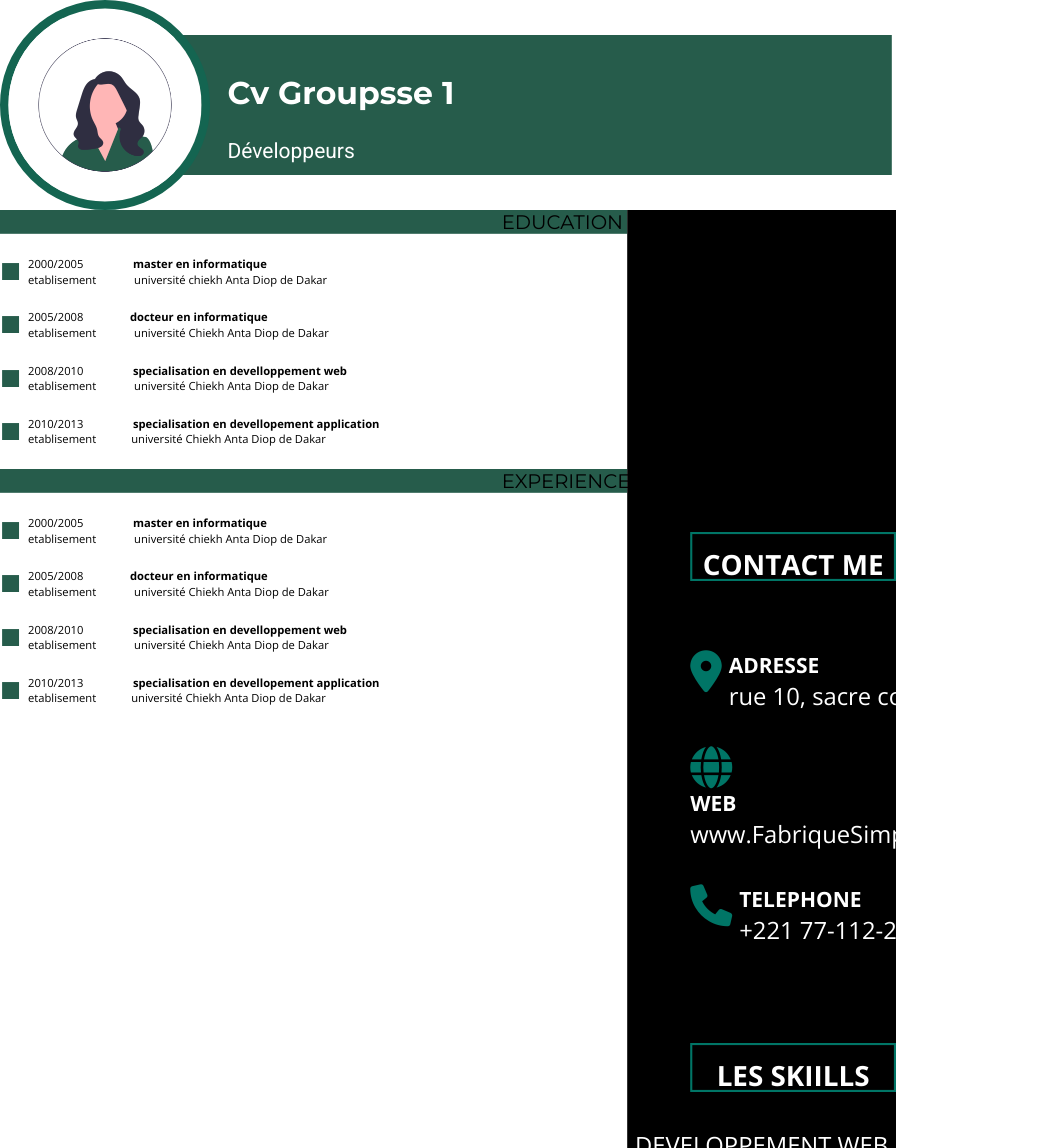
Repository: NdiongueFH/Mon_CV
Page: CV_Groupe1.html
The author's editor kept a copy of each file at every save. The page is drawn from the files as they stood at one save, then again after the next save.
The browser window is 1280 px wide. The page is 1487 px wide, so the pictures cover 1487 px, including what lies to the right of the window. The pictures show the part of the page from y = 0 to 1640 px (the page is 2562 px tall), at 70% of full size.

Above is the page before, as saved 2024-08-05 14:44:56.

### CV_Groupe1.html
<!DOCTYPE html>
<html lang="fr">
<head>
    <meta charset="UTF-8">
    <meta name="viewport" content="width=device-width, initial-scale=1.0">
    <!--Intégration de police d'écriture via un lien web-->
    <link href="https://fonts.googleapis.com/css2?family=Montserrat:wght@400;700&family=Open+Sans:wght@400;700&family=Roboto:wght@400;500&display=swap" rel="stylesheet">
    <!--Intégration de notre lien CSS-->
    <!--Intégration de police d'écriture via un lien web-->
    <link href="https://fonts.googleapis.com/css2?family=Montserrat:wght@400;700&family=Open+Sans:wght@400;700&family=Roboto:wght@400;500&display=swap" rel="stylesheet">
    <link rel="stylesheet" href="https://cdnjs.cloudflare.com/ajax/libs/font-awesome/6.0.0-beta3/css/all.min.css">
    <!--Intégration de notre lien CSS-->
    <link rel="stylesheet" href="CV_Groupe1.css">
    <title>MON CV</title>

</head>
<body>
    <!--section principale-->
    <section id="principal">

        <!--Début Partie Ndiawar-->

        <!--la partie profile de notre cv-->
        <section id="profile">
            <!--identité-->
            <div id="identite">
                <!--image-->
                <div class="image">

                    <img id="image_profil" src="./image/profil.png" alt="" sizes="30" srcset="">
                </div>
                <!--fin image-->
                <!--debut nom-->
                <div class="nom">
                    <h2 id="name_cv">Cv Groupsse 1</h2>
                    <span id="function">Développeurs</span>
                </div>
                <!--fin nom-->
            </div>
            <!--fin identité-->
        </section>
        <!--fin de la partie profile-->

        <!--Fin Partie Ndiawar Diop-->


        <!--le debut du corp de notre cv-->
        <section  id="renseignement">
            <!--corp -->
            <div id="corps">
                <!--debut blanc-->
                <div class="blanc">


                    <!--Début Partie Anta Maguette Faye-->


                    <!--education-->
                    <div class="edu_exp">
                        <!--titre education-->
                        <div class="titre_edu_exp">
                            EDUCATION
                        </div>
                        <!--fin titre education-->
                        <!--parti education-->
                        <div class="info_edu">
                            <ul id="carre">
                                <li>
                                    <p>
                                        2000/2005 &nbsp;&nbsp;&nbsp;<span class="espace"> <strong>master en informatique</strong> </span><br>
                                        etablisement <span class="espace"> université chiekh Anta Diop de Dakar  </span><br>
                                    </p>
                                </li>
                                <li>
                                    <p>
                                        2005/2008  &nbsp;&nbsp;&nbsp;<span class="espace"><strong>docteur en informatique </strong> </span><br>
                                        etablisement <span class="espace"> université Chiekh Anta Diop de Dakar</span>
                                    </p>
                                </li>
                                <li>
                                    <p>
                                        2008/2010 &nbsp;&nbsp;&nbsp;<span class="espace"> <strong>specialisation en develloppement web </strong>  </span><br>
                                        etablisement <span class="espace">université Chiekh Anta Diop de Dakar</span>
                                    </p>
                                </li>
                                <li>
                                    <p>
                                        2010/2013 &nbsp;&nbsp;&nbsp;<span class="espace"> <strong>specialisation en devellopement application</strong></span>  <br>
                                        etablisement<span class="espace">université Chiekh Anta Diop de Dakar</span>
                                    </p>

                                </li>
                            </ul>
                        </div>
                        <!--fin parti education-->
                    </div>
                    <!--fin education-->


                    <!--Fin Partie Anta Maguette Faye-->

                    <!--Début Partie Fatoumata Hawa Ndiongue-->

                    <!--experience-->
                    <div class="edu_exp" >
                        <!--titre experience-->
                        <div class="titre_edu_exp">
                            EXPERIENCE
                        </div>
                        <!--fin titre experience-->
                        <!--parti experience-->
                            <div class="info_edu">
                                <ul id="carre">
                                    <li>
                                        <p>
                                            2000/2005 &nbsp;&nbsp;&nbsp;<span class="espace"> <strong>master en informatique</strong> </span><br>
                                            etablisement <span class="espace"> université chiekh Anta Diop de Dakar  </span><br>
                                        </p>
                                    </li>
                                    <li>
                                        <p>
                                            2005/2008  &nbsp;&nbsp;&nbsp;<span class="espace"><strong>docteur en informatique </strong> </span><br>
                                            etablisement <span class="espace"> université Chiekh Anta Diop de Dakar</span>
                                        </p>
                                    </li>
                                    <li>
                                        <p>
                                            2008/2010 &nbsp;&nbsp;&nbsp;<span class="espace"> <strong>specialisation en develloppement web </strong>  </span><br>
                                            etablisement <span class="espace">université Chiekh Anta Diop de Dakar</span>
                                        </p>
                                    </li>
                                    <li>
                                        <p>
                                            2010/2013 &nbsp;&nbsp;&nbsp;<span class="espace"> <strong>specialisation en devellopement application</strong></span>  <br>
                                            etablisement<span class="espace">université Chiekh Anta Diop de Dakar</span>
                                        </p>

                                    </li>
                                </ul>
                            </div>
                        <!--fin parti experience-->
                    </div>
                    <!--fin experience-->

                    <!--Début Footer-->
                    <div id="footer">

                    </div>
                    <!--Fin Footer-->

                    <!--Fin Partie Fatoumata Hawa Ndiongue-->

                </div>
                <!--fin blanc-->

                <!--Début Moustapha Dieng-->


                <!--debut noir-->
                <div class="noir">
                    <!--contact-->
                    <div class="contact">
                        <!--titre contact-->
                        <div class="titre_contact_skill">
                            <h1>CONTACT ME</h1>
                        <!--fin titre contact-->
                        <!-- donnee contact-->
                        <div class="donnees_contact">
                            <div class="info_contact">
                                <i class="fas fa-map-marker-alt"></i>
                                <div>
                                    <strong>ADRESSE</strong><br>
                                    rue 10, sacre coeur
                                </div>
                            </div>
                            <div class="info_contact">
                                <i class="fas fa-globe"></i>
                                <div>
                                    <strong>WEB</strong><br>
                                    www.FabriqueSimplon.co
                                </div>
                            </div>
                            <div class="info_contact">
                                <i class="fas fa-phone"></i>
                                <div>
                                    <strong>TELEPHONE</strong><br>
                                    +221 77-112-22-15

                                </div>
                            </div>

                        </div>
                        <!--fin donnee contact-->
                    </div>
                    <!--fin contact-->
                    <!--skill-->
                    <div class="skill">
                        <!--titre skill-->
                        <div class="titre_contact_skill2">
                            <h1> LES  SKIILLS</h1>
                        </div>
                        <!--fin titre skill-->
                        <!--donné skill-->
                        <div class="donnees_skill">DEVELOPPEMENT WEB</div>
                            <div class="bar-container">
                            <div class="bar"></div>
                        </div>
                        <div class="donnees_skill">PHOTOSHOP</div>
                            <div class="bar-container">
                            <div class="bar1"></div>
                        </div>
                        <div class="donnees_skill">SOFT SKILLS</div>
                            <div class="bar-container">
                            <div class="bar2"></div>
                        </div>
                        <div class="donnees_skill">DESIGN</div>
                            <div class="bar-container">
                            <div class="bar3"></div>
                        </div>
                        <!--fin donné skill-->
                    </div>
                    <!--fin skill-->
                    <!--resaux socio-->
                    <div id="resaux">
                        <div class="rs-container">
                            <div class="rs"></div>
                        </div>
                        <div class="social-icons">
                            <i class="fab fa-facebook-f"></i>
                            <i class="fab fa-instagram"></i>
                            <i class="fab fa-twitter"></i>
                        </div>
                    </div>
                    <!--fin resaux socio-->
                </div>
                <!--fin noir-->

                <!--Fin Moustapha Dieng-->


            </div>
            <!--fin corp-->

        </section>
        <!--la fin du corp de notre cv-->
    </section>
    <!--Fin section principale-->

</body>
</html>

### CV_Groupe1.css
/*Le pseudo-élément `:root` en CSS permet de définir des variables globales pour un document,
représentant l'élément `<html>`. Utilisé pour centraliser la gestion des styles comme
les couleurs et les polices, il facilite la maintenance du CSS en rendant
les valeurs facilement réutilisables et modifiables dans toute la feuille de style.*/

:root {
    /* Définition des couleurs de base */
    --teal-1: #265C4B; /* Teal foncé */
    --teal-2: #146551; /* Teal moyen foncé */
    --teal-3: #007566; /* Teal vif */
    --teal-4: #589A8D; /* Teal clair */
    --teal-5: #f3e675; /* Blanc très clair */
    --Noir-6: #000000; /*Noir*/
    --Blanc-7: #ffffff; /*Blanc*/

    /* Utilisation des couleurs pour différents éléments */

    --color-title: var(--teal-1); /* Couleur pour les titres */
    --color-subtitle: var(--teal-3); /* Couleur pour les sous-titres */
    --color-paragraph: var(--teal-2); /* Couleur pour les paragraphes */
    --color-border: var(--teal-4); /* Couleur pour les bordures */
    --color-backgroundFoncé: var(--teal-1); /*Couleur de fond foncée*/
    --color-paragraph: var(--teal-4); /* Couleur pour les paragraphes */
    --color-border: var(--teal-2); /* Couleur pour les bordures */
    --color-background: var(--teal-5); /* Couleur de fond général */
    --color-text: var(--Noir-6); /*Couleur pour le texte de fond*/
    --color-white: var(--Blanc-7); /*Couleur blanche pour les texte de fon d'une balise"*/
}

/*Intégration de nos polices d'écritures générales pour notre texte, titre et les sous-titres*/
:root {
    /* Polices */
    --font-title: 'Montserrat', sans-serif;
    --font-text: 'Open Sans', sans-serif;
    --font-subtitle: 'Roboto', sans-serif;

    /* Taille de police standard et poids */
    --font-size-normal: 16px; /* Taille de police standard pour le texte */
    --font-size-title: 28px; /* Taille de police pour les grands titres */
    --font-size-subtitle: 20px; /* Taille de police pour les sous-titres */
    --font-weight-normal: 400; /* Poids normal de la police */
    --font-weight-bold: 700; /* Poids en gras */
    /*Pour le profil la taile du nom et du sous-titre*/
    --font-size-titleProfil: 45px;
    --font-size-subtitleProfil: 30px;
}

/*Initialisation de notre body pour supprimer les marges et choix du type de police pour notre site*/


/*Initialisation de notre body pour supprimer les marges et choix du type de police pour notre site*/
* {
  box-sizing: border-box;
}

body {
    margin: 0;
    padding: 0;
    color: var(--color-text);
    font-family: var(--font-text);
    font-size: var(--font-size-normal);
    font-weight: var(--font-weight-normal);
    overflow-x: hidden;
}

/*Partie Ndiawar Diop*/
    /*Début partie profil de Mon_CV*/

/*Div Identité*/
#identite {
    display: flex;
    align-items: center; /* Pour aligner verticalement les éléments à l'intérieur */
    background: none;
}
/*Image*/
.image {
    border: 12px solid var(--color-border);
    width: 300px;  /* Assurez-vous que le conteneur est carré */
    height: 300px;
    border-radius: 50%;  /* Rend l'image ronde */
    overflow: hidden;  /* Cache les parties de l'image qui débordent */
    z-index: 2; /* Nous Plaçons l'image au-dessus de .nom */
    position: relative; /* Nécessaire pour appliquer z-index */
}

#image_profil {
    width: 100%;
    height: 100%;
    object-fit: contain;  /* Garantit que l'image couvre tout l'espace sans déformation */
}
/*Le nom du profil*/
.nom {
    background-color: var(--color-backgroundFoncé);
    width: 80%;
    height: 200px; /* Aligner la hauteur avec celle de l'image */
    display: flex;
    color: var(--color-white);
    flex-direction: column;
    justify-content: center;
    text-align: left;
    padding: 0 20px 0 75px;
    margin-left: -50px; /* Ajustement pour le chevauchement */
    z-index: 1; /* S'assurer que .nom se superpose à .image */
    position: relative;
}
#name_cv{
    font-family: var(--font-title);
    font-size: var(--font-size-titleProfil);
    font-weight: var(--font-weight-bold);
}
#function {
    font-family: var(--font-subtitle);
    font-size: var(--font-size-subtitleProfil);
    font-weight: var(--font-weight-normal);
}
    /*Fin Partie profil de Mon_Cv*/
/*Fin Partie Ndiawar Diop*/

/*titre de l'ducation education*/
.titre_edu_exp{

font-size: var(--font-size-title);
font-family: var(--font-title);
background-color: var(--color-title);
width: 100%;
text-indent: 80%;


}
/*partie education*/
.info_edu{
font-size: var(--font-size-normal);
font-family: var(--font-text);
color: var(--color-text);

}
/*l espace entre les deux bloc d'information*/
.espace{

margin-left: 50px;
/*text-align:initial;*/
}
/*creation de carree avant les ecriture*/
#carre li{

    display: flex;
    position: relative;
}

 #carre li::before{
   content:"■";
   font-size: 50px;
   color: var(--color-title);
   position: absolute;
   margin-left: -40px;
}

/*#principal {
    display: flex;
    background-color: white;
    width: 1600px;
    height: 2400px;
    margin: 0;
}*/
#corps {
    display: flex;
    width: 100%;
}
.blanc {
    width: 70%;
    height: auto;
}
.noir {
   /* display: flex;*/
    width: 30%;
    height: auto;
    background-color: #000000;
    color: white;
   /* padding: 100px 0 0px 0px;*/
    /*margin: 0px 0px 0px 1300px;*/
}

.titre_contact_skill{
    display: flex;
    flex-wrap: wrap;
    font-size: 34px;
    margin-left: 90px;
    padding-top: 0px;
    margin-top: 420px;

}
.titre_contact_skill2{
    display: flex;
    flex-wrap: wrap;
    font-size: 34px;
    margin-left: 90px;
    padding-top: 0px;
    margin-top: 100px;

}
h1{
    border: #007566 solid;
    width: 500px;
    height: 70px;
    text-align: center;
    justify-content: center;
    align-items: center;
    padding-top: 15px;

}

.donnees_contact {
    display: flex;
    flex-wrap: wrap;
    flex-direction: column;
    gap: 10px;
    padding-top: 20px;
}

.info_contact {
    display: flex;
    flex-wrap: wrap;
    align-items: flex-start;
    font-size: 34px;
    color: #ffffff;
    margin-top: 40px;
}

.info_contact i {
    color: #007566;
    font-size: 60px;
    margin-right: 10px;
}

.info_contact div {
    display: flex;
    flex-direction: column;
}

.info_contact strong {
    font-size: 30px;
}

.info_contact br {
    display: none;
}
.bar-container {
    width: 500px;
    background-color: black;
    border: 1px solid #007566;
    border-radius: 5px;
    margin-left: 90px;
}

.bar {
    width: 400px;
    height: 30px;
    background-color: #007566;
}
.bar1 {
    width: 200px;
    height: 30px;
    background-color: #007566;
}
.bar2 {
    width: 410px;
    height: 30px;
    background-color: #007566;
}
.bar3 {
    width: 460px;
    height: 30px;
    background-color: #007566;
}
.donnees_skill{
    justify-content: center;
    align-items: center;
    text-align: center;
    font-size: 34px;
    margin-top: 12px;
}
.rs-container {
    width: 500px;
    background-color: black;
    border: 1px solid #fcfdfd;
    border-radius: 5px;
    margin-left: 90px;
}
.rs {
    width: 500px;
    height: 8px;
    background-color: #fbfdfd;
}
#resaux{
    margin-top: 400px;
}
.social-icons {
    margin-top: 20px;
padding-left: 140px;
padding-top: 20px;
}


.social-icons i {
    justify-content: center;
    align-items: center;
    font-size: 74px;
    border: 1px #ffffff solid;
    border-radius: 5px;
    color: #000000;
    background-color: #ffffff;
    margin-left: 50px;
}

After the next save:
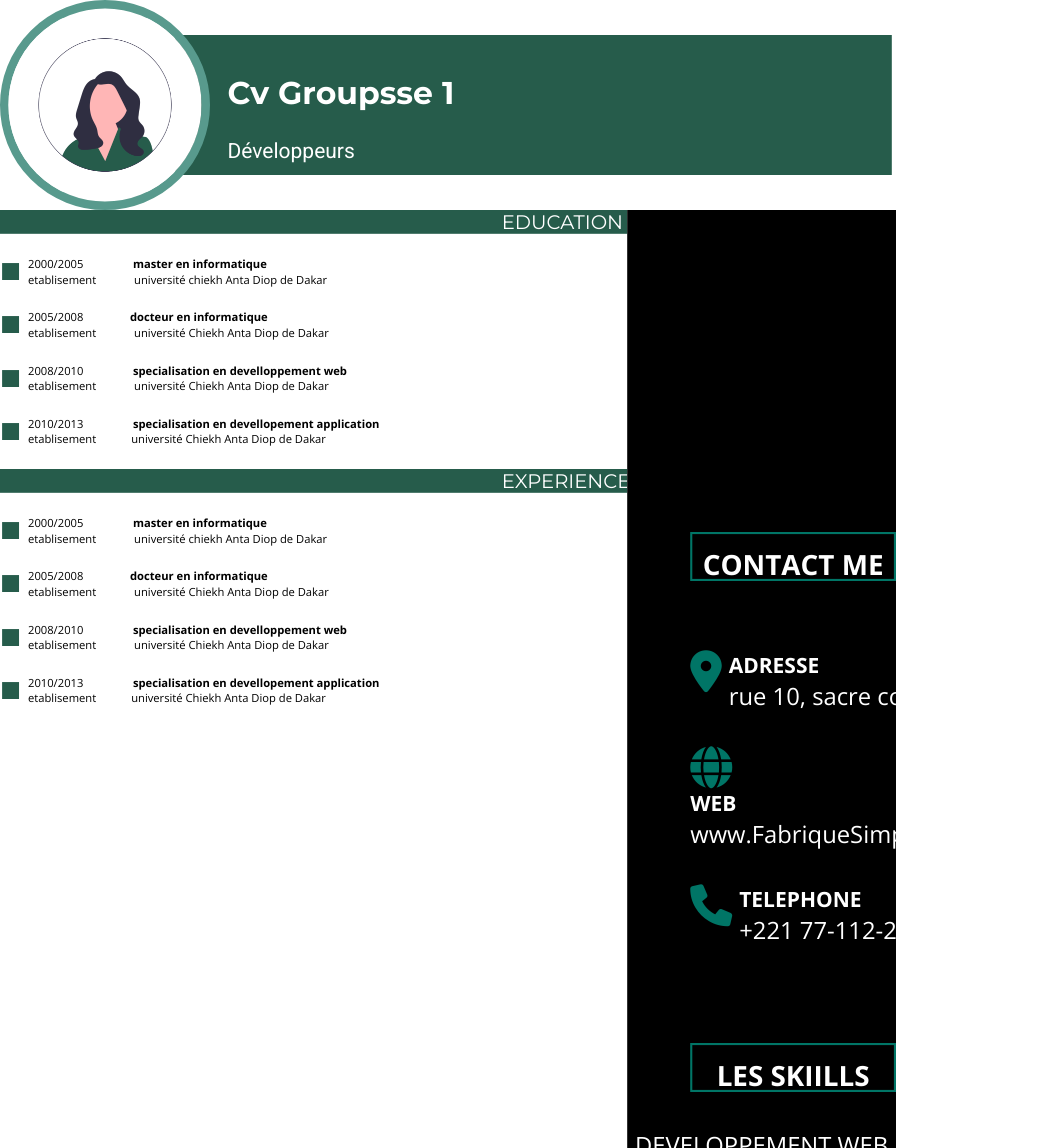
Saved 3 min 1 s later.
--- a/CV_Groupe1.css
+++ b/CV_Groupe1.css
@@ -2,6 +2,7 @@
 représentant l'élément `<html>`. Utilisé pour centraliser la gestion des styles comme
 les couleurs et les polices, il facilite la maintenance du CSS en rendant
 les valeurs facilement réutilisables et modifiables dans toute la feuille de style.*/
+
 
 :root {
     /* Définition des couleurs de base */
@@ -9,7 +10,7 @@ les valeurs facilement réutilisables et modifiables dans toute la feuille de st
     --teal-2: #146551; /* Teal moyen foncé */
     --teal-3: #007566; /* Teal vif */
     --teal-4: #589A8D; /* Teal clair */
-    --teal-5: #f3e675; /* Blanc très clair */
+    --teal-5: #fff; /* Blanc très clair */
     --Noir-6: #000000; /*Noir*/
     --Blanc-7: #ffffff; /*Blanc*/
 
@@ -20,8 +21,6 @@ les valeurs facilement réutilisables et modifiables dans toute la feuille de st
     --color-paragraph: var(--teal-2); /* Couleur pour les paragraphes */
     --color-border: var(--teal-4); /* Couleur pour les bordures */
     --color-backgroundFoncé: var(--teal-1); /*Couleur de fond foncée*/
-    --color-paragraph: var(--teal-4); /* Couleur pour les paragraphes */
-    --color-border: var(--teal-2); /* Couleur pour les bordures */
     --color-background: var(--teal-5); /* Couleur de fond général */
     --color-text: var(--Noir-6); /*Couleur pour le texte de fond*/
     --color-white: var(--Blanc-7); /*Couleur blanche pour les texte de fon d'une balise"*/
@@ -45,6 +44,24 @@ les valeurs facilement réutilisables et modifiables dans toute la feuille de st
     --font-size-subtitleProfil: 30px;
 }
 
+/*Intégration de nos polices d'écritures générales pour notre texte, titre et les sous-titres*/
+:root {
+    /* Polices */
+    --font-title: 'Montserrat', sans-serif;
+    --font-text: 'Open Sans', sans-serif;
+    --font-subtitle: 'Roboto', sans-serif;
+
+    /* Taille de police standard et poids */
+    --font-size-normal: 16px; /* Taille de police standard pour le texte */
+    --font-size-title: 28px; /* Taille de police pour les grands titres */
+    --font-size-subtitle: 20px; /* Taille de police pour les sous-titres */
+    --font-weight-normal: 400; /* Poids normal de la police */
+    --font-weight-bold: 700; /* Poids en gras */
+    /*Pour le profil la taile du nom et du sous-titre*/
+    --font-size-titleProfil: 45px;
+    --font-size-subtitleProfil: 30px;
+}
+
 /*Initialisation de notre body pour supprimer les marges et choix du type de police pour notre site*/
 
 
@@ -119,13 +136,12 @@ body {
 /*titre de l'ducation education*/
 .titre_edu_exp{
 
-font-size: var(--font-size-title);
-font-family: var(--font-title);
-background-color: var(--color-title);
-width: 100%;
-text-indent: 80%;
-
-
+    font-size: var(--font-size-title);
+    font-family: var(--font-title);
+    background-color: var(--color-title);
+    width: 100%;
+    text-indent: 80%;
+    color: var(--color-white);
 }
 /*partie education*/
 .info_edu{
